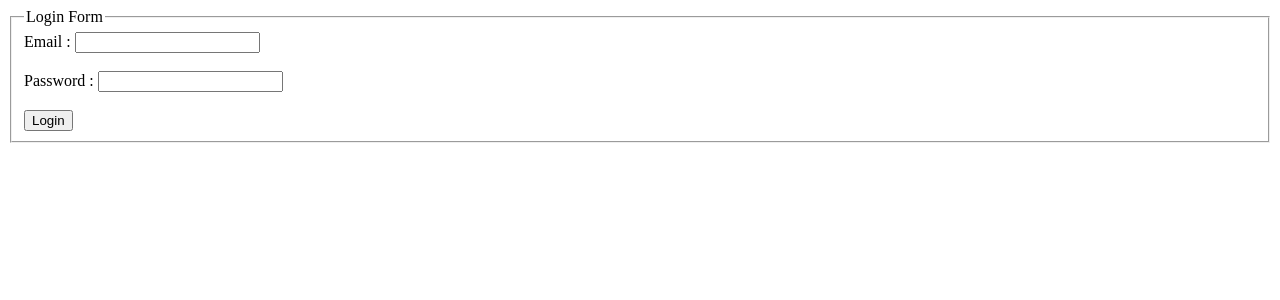
Repository: AnushkaSharma9/Make-an-E-commerce-Website-For-SportyShoes-sportyshoes
Page: http://localhost/phase3-Project-SportyShoes-Webappplication/login.jsp
These files come from the project's save history. The page is drawn as it stood at one moment and after the next save; the edit follows.
The browser window is 1280 px wide. The pictures show the whole page.
The page is served by Tomcat 9.

Above is the page before, as saved 2021-10-25 11:08:05.

After the next save:
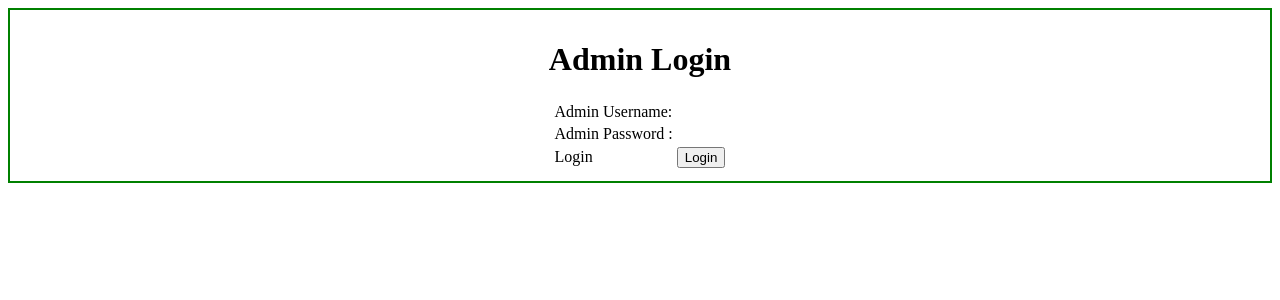
Saved 2 min 0 s later.
--- a/phase3-Project-SportyShoes-Webappplication/src/main/webapp/login.jsp
+++ b/phase3-Project-SportyShoes-Webappplication/src/main/webapp/login.jsp
@@ -7,13 +7,26 @@
 <title>Login Page</title>
 </head>
 <body>
-	<form action="login" , method="post">
-		<fieldset>
-			<legend>Login Form</legend>
-			Email : <input type="text" name="username", id="username"> <br><br>
-			Password : <input type="password" name="password", id="password"> <br><br>
-			<input type="submit" value="Login">
-		</fieldset>
-	</form>
+	<div align="center" style="border: 2px solid green;padding :10px;" >
+		<h1>Admin Login</h1>
+		<form:form action="login" method="post"  >
+			<table border="0">
+				<tr>
+					<td>Admin Username:</td>
+					<td><form:input path="username" /></td>
+				</tr>
+
+				<tr>
+					<td>Admin Password :</td>
+					<td><form:input path="password" /></td>
+				</tr>
+
+				<tr>
+					<td>Login</td>
+					<td><input type="submit" value="Login" /></td>
+				</tr>
+			</table>
+		</form:form>
+	</div>
 </body>
 </html>
